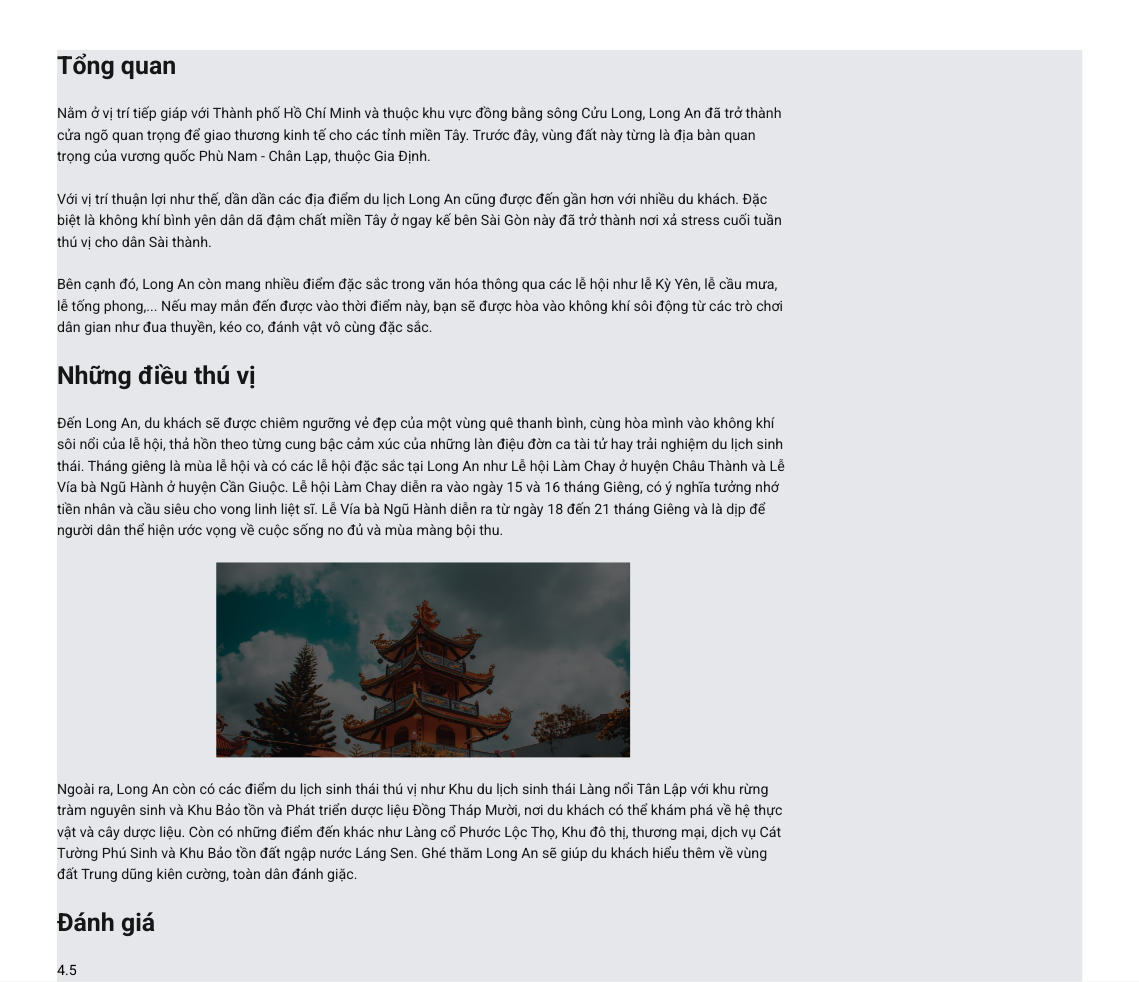
Repository: thduy2003/WDA-ET
Page: / (app in frontend/)
The author's editor kept a copy of each file at every save. The page is drawn from the files as they stood at one save, then again after a run of saves.
The browser window is 1280 px wide. The pictures show the whole page, at 89% of full size.
The project was rebuilt for these pictures with package versions that can differ from the ones it lists, and the page was loaded fresh each time. Also part of the build but not shown: frontend/vite.config.js, frontend/src/components/Icons/SaveIcon.jsx, frontend/src/components/Card/index.jsx, frontend/src/components/Carousel/index.jsx, frontend/src/components/Logo/index.jsx, frontend/src/components/Button/index.jsx, frontend/src/pages/Auth/index.jsx, frontend/src/components/InputGroup/index.jsx and 1 more.

Above is the page before, as saved 2023-05-23 11:23:01.

After the next 3 saves:
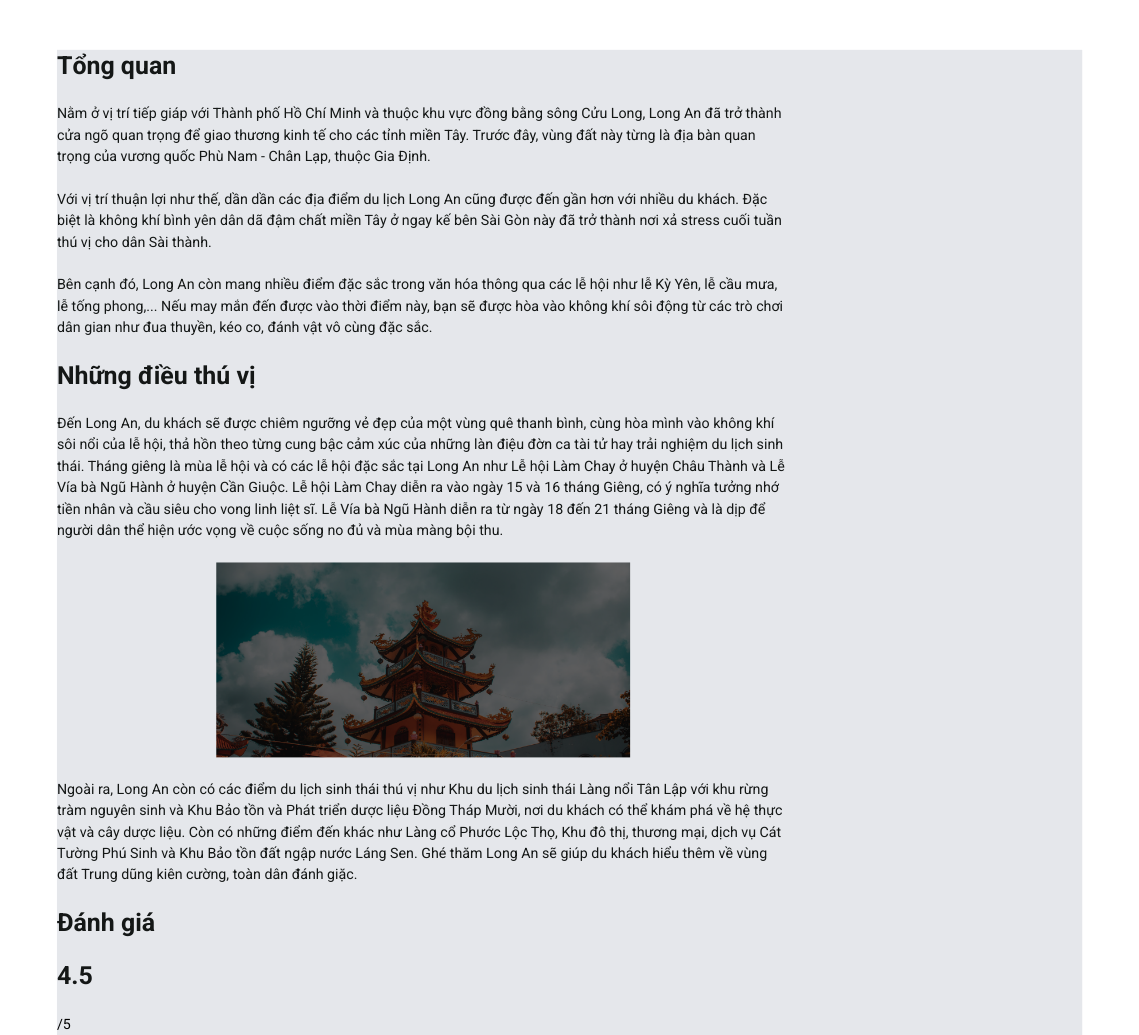
The 3 saves are shown as one change because they came seconds apart.
The last was saved 10 s later.
--- a/frontend/src/pages/Detail/StarRating/StarRating.jsx
+++ b/frontend/src/pages/Detail/StarRating/StarRating.jsx
@@ -3,7 +3,7 @@ import React from 'react';
 const StarRating = () => {
     return (
         <div>
-           <div> <p className="text-[28px] leading-[36px] text-[#141716] font-semibold mb-6"></p> 4.5</div>
+           <div> <p className="text-[28px] leading-[36px] text-[#141716] font-semibold mb-6">4.5</p>/5</div>
         </div>
     );
 };
